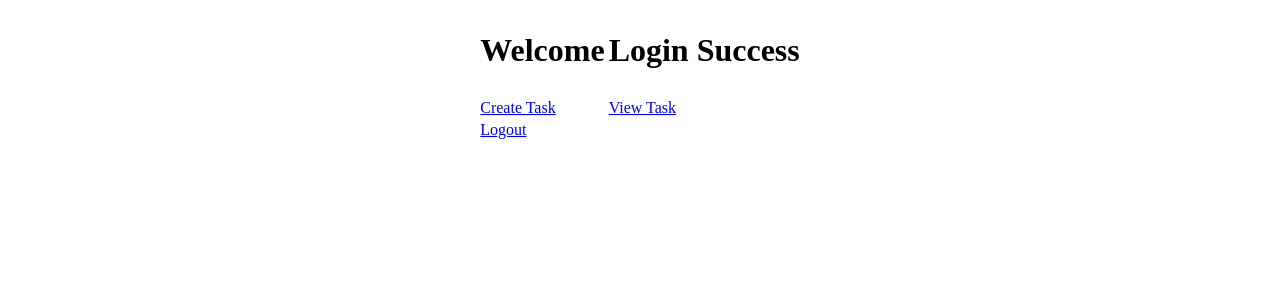
Repository: Dikshak1116/JavaProjects
Page: http://localhost/MyTestApp/views/welcome.jsp
An editor plug-in stored every save of this project. The page is shown before and after the next save, followed by the edit.
The browser window is 1280 px wide. The pictures show the whole page.
The page is served by Tomcat 9. Other server files are loaded and not shown.

Above is the page before, as saved 2023-03-14 07:49:03.

### MyTestApp/src/main/webapp/views/welcome.jsp
<%@ page language="java" contentType="text/html; charset=ISO-8859-1"
    pageEncoding="ISO-8859-1"%>

<%@ taglib uri="http://www.springframework.org/tags/form" prefix="form"%>

<!DOCTYPE html>
<html>
<head>
<meta charset="ISO-8859-1">
<title>Welcome</title>
</head>
<body>

<font color='green'>${msg}</font>
<table align="center">
<%
    String email=request.getParameter("email");
    session.setAttribute("email",email);
  %>
  <%
    String name=request.getParameter("name");
    session.setAttribute("name",name);
  %>
            <tr>
                <td><h1>Welcome ${sessionScope.email }</h1></td>
                <td><h1>Login Success</h1></td>

            </tr>
            <tr>
            </tr>
            <tr>
            </tr>

            <tr>
            <td><a href="task">Create Task</a></td>
			<td><a href="viewTask">View Task</a></td>
			<tr>
                <td><a href="/">Logout</a>
                </td>
            </tr>
            </tr>
        </table>
</body>
</html>

After the next save:
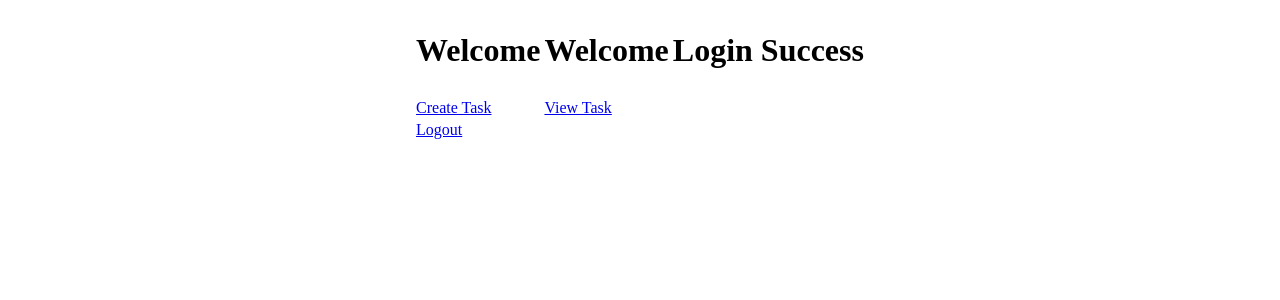
Saved 18 s later.
--- a/MyTestApp/src/main/webapp/views/welcome.jsp
+++ b/MyTestApp/src/main/webapp/views/welcome.jsp
@@ -23,6 +23,7 @@
   %>
             <tr>
                 <td><h1>Welcome ${sessionScope.email }</h1></td>
+                <td><h1>Welcome ${sessionScope.name }</h1></td>
                 <td><h1>Login Success</h1></td>
 
             </tr>
